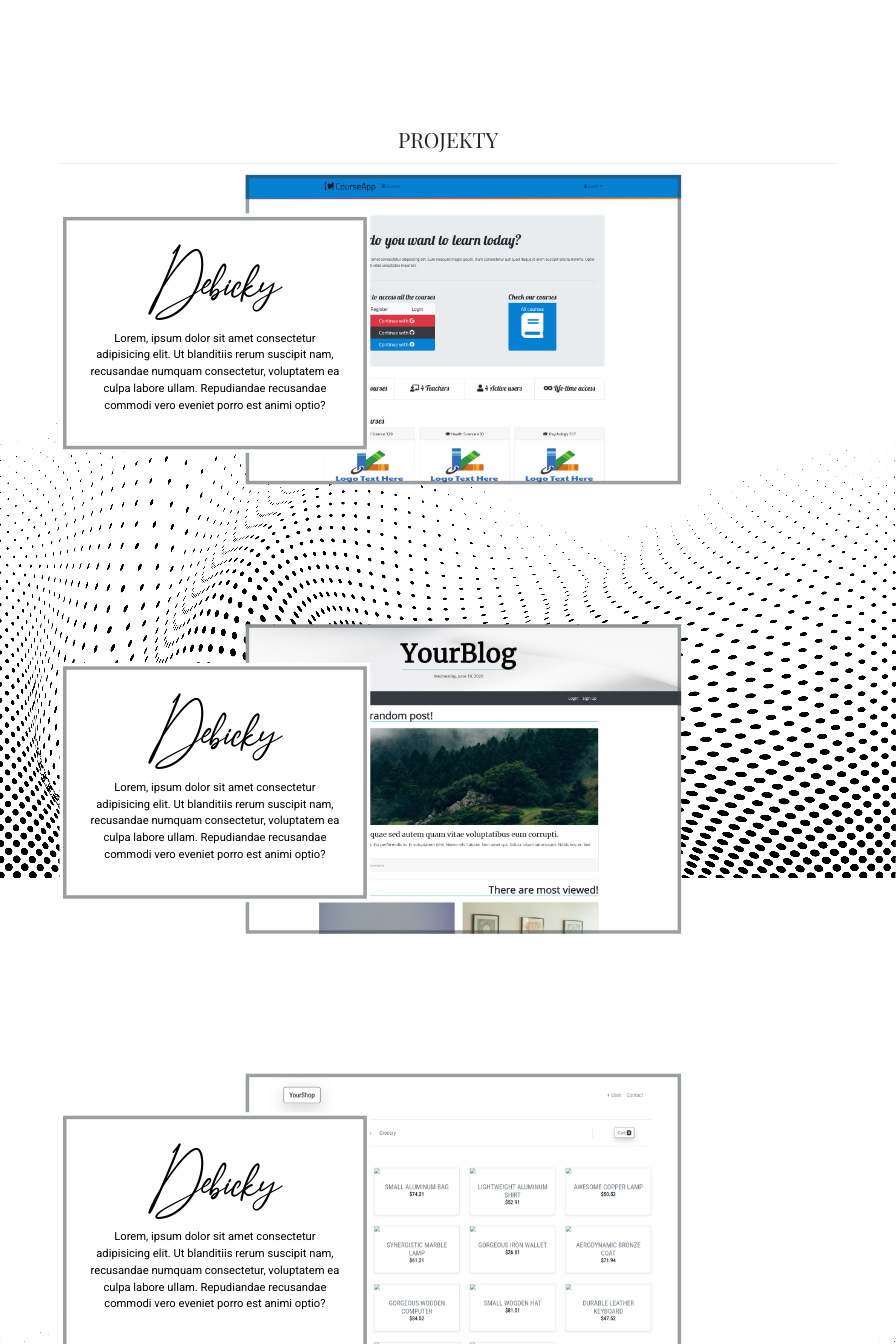
Repository: debicky/debicky.github.io
Page: index.html
The author's editor kept a copy of each file at every save. The page is drawn from the files as they stood at one save, then again after the next save.
The browser window is 1280 px wide. The pictures show the part of the page from y = 1307 to 3227 px (the page is 4335 px tall), at 70% of full size.
Backgrounds fixed to the window are drawn as part of the page. Some web libraries are served in a nearby version.

Above is the page before, as saved 2020-06-12 12:37:13.

### index.html
<!DOCTYPE html>
<html lang="en">
<head>
  <meta charset="UTF-8">
  <meta name="viewport" content="width=device-width, initial-scale=1.0">
  <title>Debicky</title>
  <link rel="stylesheet" href="https://stackpath.bootstrapcdn.com/bootstrap/4.5.0/css/bootstrap.min.css" integrity="sha384-9aIt2nRpC12Uk9gS9baDl411NQApFmC26EwAOH8WgZl5MYYxFfc+NcPb1dKGj7Sk" crossorigin="anonymous">
  <link rel="stylesheet" href="https://cdnjs.cloudflare.com/ajax/libs/font-awesome/5.11.2/css/all.min.css">
  <link rel="stylesheet" href="styles.css">
</head>
<body>


  <header>
    <a href="index.html">
      <div class="signature">
        <h5 class="signature-heading">Debicky<span class="text-danger font-weight-bolder">.</span></h5>
        <h3 class="signature-subheading">strona portfolio</h3>
      </div>
    </a>
  </header>

  <div class="hero">
    <div class="container">

      <nav class="navbar navbar-expand-md p-0 rounded bg-white">
        <button class="navbar-toggler" type="button" data-toggle="collapse" data-target="#navbarSupportedContent" aria-controls="navbarSupportedContent" aria-expanded="false" aria-label="Toggle navigation">
          <i class="fas fa-bars"></i>
          <i class="fas fa-times"></i>
        </button>

        <div class="collapse navbar-collapse d-md-flex justify-content-center" id="navbarSupportedContent">
          <ul class="navbar-nav">
            <li class="nav-item">
              <a class="nav-link" href="#">O mnie</a>
            </li>
            <li class="nav-item">
              <a class="nav-link" href="#">Projekty</a>
            </li>
            <li class="nav-item">
              <a class="nav-link" href="#">Kontakt</a>
            </li>
          </ul>
        </div>
      </nav>

      <div class="hero-header">
        <h3 class="hero-heading">Artur Debicki</h3>
        <h3 class="hero-subheading">Młodszy Programista Ruby on Rails</h3>

      </div>

    </div>
  </div>

  <section class="about py-5 vh-100">
    <div class="container">
      <h1 class="text-center">O mnie</h1>
      <hr>

      <div class="row">
        <div class="col-12 col-md-6 col-lg-6 mb-5 mb-md-0">
          <h5>
            Programista samouk, poszukujacy pierwszej pracy.
          </h5>
          Aktualnie ucze sie ReactJS oraz platformy E-commerce Spree.
        </div>
        <div class="col-12 col-md-6 col-lg-6 mb-5 mb-md-0">
          <h5 class="text-uppercase">Technologie ktore uzywam</h5>
            <ul class="list-unstyled mb-0">
              <li>
                <i class="fa fa-gem"></i>Ruby
              </li>
              <li>
                <a href="https://www.instagram.com/debicky" class="text-muted">Instagram</a>
              </li>
              <li>
                <a href="https://github.com/debicky" class="text-muted">Github</a>
              </li>
            </ul>
        </div>
        </div>
      </div>

    </div>
  </section>




  <section class="projects py-5">
    <div class="container">
      <h1 class="text-center">Projekty</h1>
      <hr>

      <div class="project-1">
        <div class="about-content">
          <div class="about-description">
            <div class="signature">
              <h5 class="signature-heading">Debicky</h5>
              <p>Lorem, ipsum dolor sit amet consectetur adipisicing elit. Ut blanditiis rerum suscipit nam, recusandae numquam consectetur, voluptatem ea culpa labore ullam. Repudiandae recusandae commodi vero eveniet porro est animi optio?</p>
            </div>
          </div>
          <div class="about-image">
            <a href="/images/1.jpeg">
              <img src="/images/course.png" alt="img1">
            </a>
          </div>
        </div>
      </div>
      <div class="project-1">
        <div class="about-content">
          <div class="about-description">
            <div class="signature">
              <h5 class="signature-heading">Debicky</h5>
              <p>Lorem, ipsum dolor sit amet consectetur adipisicing elit. Ut blanditiis rerum suscipit nam, recusandae numquam consectetur, voluptatem ea culpa labore ullam. Repudiandae recusandae commodi vero eveniet porro est animi optio?</p>
            </div>
          </div>
          <div class="about-image">
            <a href="/images/1.jpeg">
              <img src="/images/blog.png" alt="img1">
            </a>
          </div>
        </div>
      </div>
      <div class="project-1">
        <div class="about-content">
          <div class="about-description">
            <div class="signature">
              <h5 class="signature-heading">Debicky</h5>
              <p>Lorem, ipsum dolor sit amet consectetur adipisicing elit. Ut blanditiis rerum suscipit nam, recusandae numquam consectetur, voluptatem ea culpa labore ullam. Repudiandae recusandae commodi vero eveniet porro est animi optio?</p>
            </div>
          </div>
          <div class="about-image">
            <a href="/images/1.jpeg">
              <img src="/images/shop.png" alt="img1">
            </a>
          </div>
        </div>
      </div>

    </div>
  </section>

  <section class="contact py-5">
    <div class="container">
      <h1 class="text-center">Kontakt</h1>
      <hr>

      <div class="row">
        <div class="col-12 col-md-6 col-lg-6 mb-5 mb-md-0">
          <div class="jumbotron">
            Potrzebujesz wiecej informacji?
            Wyslij mi wiadomosc e-mail lub skontaktuj sie przez Messenger!
          </div>
        </div>
        <div class="col-12 col-md-6 col-lg-6 mb-5 mb-md-0">
          <div class="jumbotron">SECOND</div>
        </div>
      </div>
    </div>
  </section>


  <footer class="py-5">
    <div class="container">
      <div class="row">
        <div class="col-12 col-md-5 col-lg-4 mb-5 mb-md-0">
          <a href="index.html">
            <div class="signature-footer">
              <h5 class="signature-footer-heading">Debicky<span class="text-danger font-weight-bolder">.</span></h5>
              <h3 class="signature-footer-subhead">Programista Ruby on Rails</h3>
            </div>
          </a>
          <small class="d-block mt-2 text-muted">&copy; 2020</small>
        </div>
        <div class="col-12 col-md-5 col-lg-4 mb-5 mb-md-0">
          <h5 class="text-uppercase">Media</h5>
            <ul class="list-unstyled mb-0">
              <li>
                <a href="https://www.facebook.com/artur.debicki.5" class="text-muted">Facebook</a>
              </li>
              <li>
                <a href="https://www.instagram.com/debicky" class="text-muted">Instagram</a>
              </li>
              <li>
                <a href="https://github.com/debicky" class="text-muted">Github</a>
              </li>
            </ul>
        </div>
        <div class="col-12 col-md-5 col-lg-4">
          <h5 class="text-uppercase">Kontakt</h5>
            <ul class="list-unstyled mb-0">
              <li>
                <a href="mailto:arturd444@gmail.com" class="text-muted">arturd444@gmail.com</a>
              </li>
              <li>
                <p class="text-muted">+48 692 138 221</p>
              </li>
            </ul>
        </div>
      </div>
    </div>
  </footer>



  <script src="https://code.jquery.com/jquery-3.5.1.slim.min.js" integrity="sha384-DfXdz2htPH0lsSSs5nCTpuj/zy4C+OGpamoFVy38MVBnE+IbbVYUew+OrCXaRkfj" crossorigin="anonymous"></script>
  <script src="https://cdn.jsdelivr.net/npm/popper.js@1.16.0/dist/umd/popper.min.js" integrity="sha384-Q6E9RHvbIyZFJoft+2mJbHaEWldlvI9IOYy5n3zV9zzTtmI3UksdQRVvoxMfooAo" crossorigin="anonymous"></script>
  <script src="https://stackpath.bootstrapcdn.com/bootstrap/4.5.0/js/bootstrap.min.js" integrity="sha384-OgVRvuATP1z7JjHLkuOU7Xw704+h835Lr+6QL9UvYjZE3Ipu6Tp75j7Bh/kR0JKI" crossorigin="anonymous"></script>
  <script src="script.js"></script>

</body>
</html>

### styles.css
@import url('https://fonts.googleapis.com/css?family=Playfair+Display+SC|Roboto:300,400&display=swap');

@font-face {
  font-family: "AmostelySignature";
  src: url("/fonts/AmostelySignature.ttf");
  }

body, html {
  font-family: "Roboto", sans-serif;
  background: url(images/bg.jpg) no-repeat center center fixed;
  -webkit-background-size: cover;
  -moz-background-size: cover;
  -o-background-size: cover;
  background-size: cover;
}

a:hover {
  text-decoration: none;;
}

/* Heading & nav  */

.hero{
  height: 80vh;

}

.bg{
  height: 100%;
  background-image: url("/images/bg.jpg");
  background-position: center;
  background-repeat: no-repeat;
  background-size: cover;

}

.hero-header{
  padding: 6rem 0 0 6rem;
  display: flex;
  flex-direction: column;
  align-items: flex-start;

}
.hero-heading{
  font-family: 'Playfair Display SC';
  font-size: 80px;
  margin-bottom: 30px;
}

.hero-subheading{
  font-family: 'Playfair Display SC', sans-serif;
  font-size: 25px;
  margin-bottom: 0;
}

header{
  height: 20vh;
  width: 100%;
  display: flex;
  align-items: center;
  justify-content: center;
}

.signature{
  color: black;
  text-align: center;
  user-select: none;
}


.signature-heading{
  font-family: 'AmostelySignature', cursive;
  font-size: 80px;
  margin-bottom: 30px;
}

.signature-subheading{
  font-family: 'Playfair Display SC', sans-serif;
  font-size: 25px;
  text-transform: uppercase;
  margin-bottom: 0;
}

.navbar{
  background-color: #384147;
}

.navbar-toggler i{
  color: #fff;
  font-size: 25px;
}

.navbar-toggler .fa-times{
  display: none;
}

.navbar-toggler.menu-open  .fa-bars{
  display: none;
}

.navbar-toggler.menu-open  .fa-times{
  display: block;
}

.navbar-nav{
  padding: 20px;
}

.nav-link{
  color: #fff;
  text-transform: uppercase;
  transition: opacity .5s;
  font-size: 12px;
}

.nav-link:hover{
  color: maroon;
}

/* About */


.about-content{

}

.about-description{
  width: 100%;
  background-color: #fff;
  padding: 40px;
  outline: 5px solid rgba(56, 65, 71, 0.5);
  outline-offset: -5px;
  order: 1;
  margin-top: 5px;
}

.about-image{
  order: 2;
}

.about-image img{
  outline: 5px solid rgba(56, 65, 71, 0.5);
  outline-offset: -5px;
  width: 100%;
  height: auto;
  display: block;
}

.about-image a::after{
  font-family: 'Font Awesome 5 Free';
  content: "\f35d";
  font-weight: 600;
  position: absolute;
  top: 50%;
  left: 50%;
  transform: translate(-50%, -50%);
  color: maroon;
  font-size: 25px;
  z-index: 101;
  width: 70px;
  height: 70px;
  border: 3px solid maroon;
  border-radius: 100%;
  display: flex;
  align-items: center;
  justify-content: center;
  opacity: 0;
  transition: opacity .5s;
}

.about-image a:hover::after{
  opacity: .7;
}


/* Projects */

section h1{
  font-family: 'Playfair Display SC', sans-serif;
  font-size: 30px;
  text-transform: uppercase;
}


/* Contact */

.contact{
  height: 80vh;
}


.jumbotron{
  width: 100%;
  display: flex;
  align-items: center;
  justify-content: center;
}

/* Footer */


footer {
  background-color: #151515;
  color: #fff;
}

.signature-footer-heading{
  font-family: 'AmostelySignature', cursive;
  font-size: 50px;
  margin-bottom: 30px;
  color: #fff;
}

.signature-footer-subhead{
  font-family: 'Playfair Display SC', sans-serif;
  font-size: 12px;
  text-transform: uppercase;
  color: #fff;
}

footer h5{
  font-family: 'Playfair Display SC', sans-serif;

}


a.text-muted:hover{
  color: maroon !important;
}


/* Responsive */

@media screen and (min-width: 768px) {
  .navbar{
    background-color: transparent;
  }
  .navbar-nav{
    padding: 0;
  }
  .nav-link{
    color: #384147;
  }

  nav:hover .nav-link:not(:hover){
    opacity: .5;
  }

  .about-content{
    position: relative;
    display: block;
  }

  .about-description{
    position: absolute;
    top: 80%;
    transform: translateY(-50%);
    width: 60%;
    outline-offset: -10px;
  }

  .about-image img{
    width: 70%;
    margin-left: auto;
  }
}

@media screen and (min-width: 1200px) {
  .about-description{
    top: 50%;
    width: 40%;
  }

  .about-image{
    width: 80%;
  }


}

.project-1{
  margin-bottom: 200px;
}

### script.js
$('.navbar-toggler').on('click', function () {
  $(this).toggleClass('menu-open')
})

After the next save:
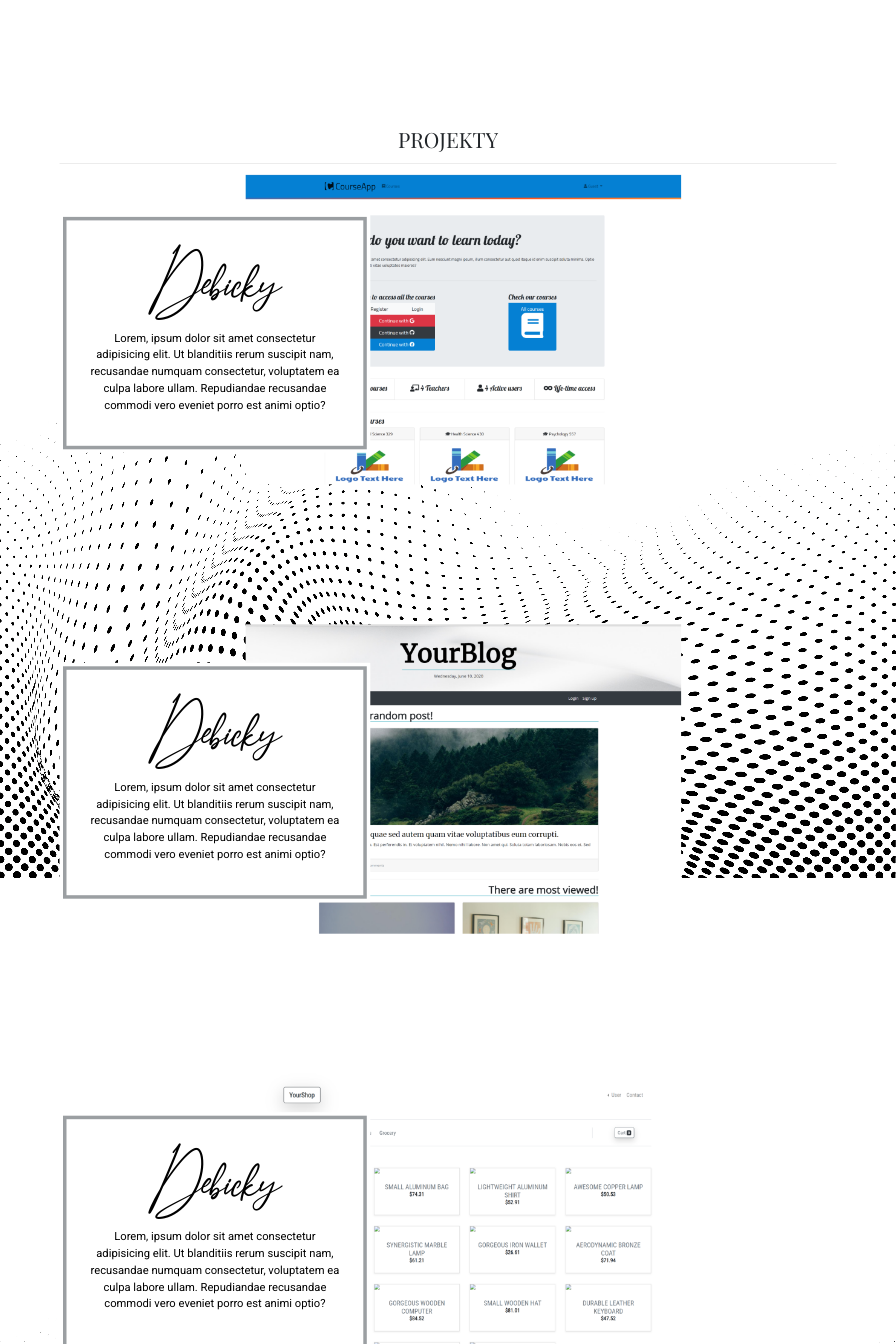
Saved 10 s later.
--- a/styles.css
+++ b/styles.css
@@ -139,7 +139,7 @@ header{
 }
 
 .about-image img{
-  outline: 5px solid rgba(56, 65, 71, 0.5);
+  outline: 0px 5px solid rgba(56, 65, 71, 0.5);
   outline-offset: -5px;
   width: 100%;
   height: auto;

After the 2 saves that followed:
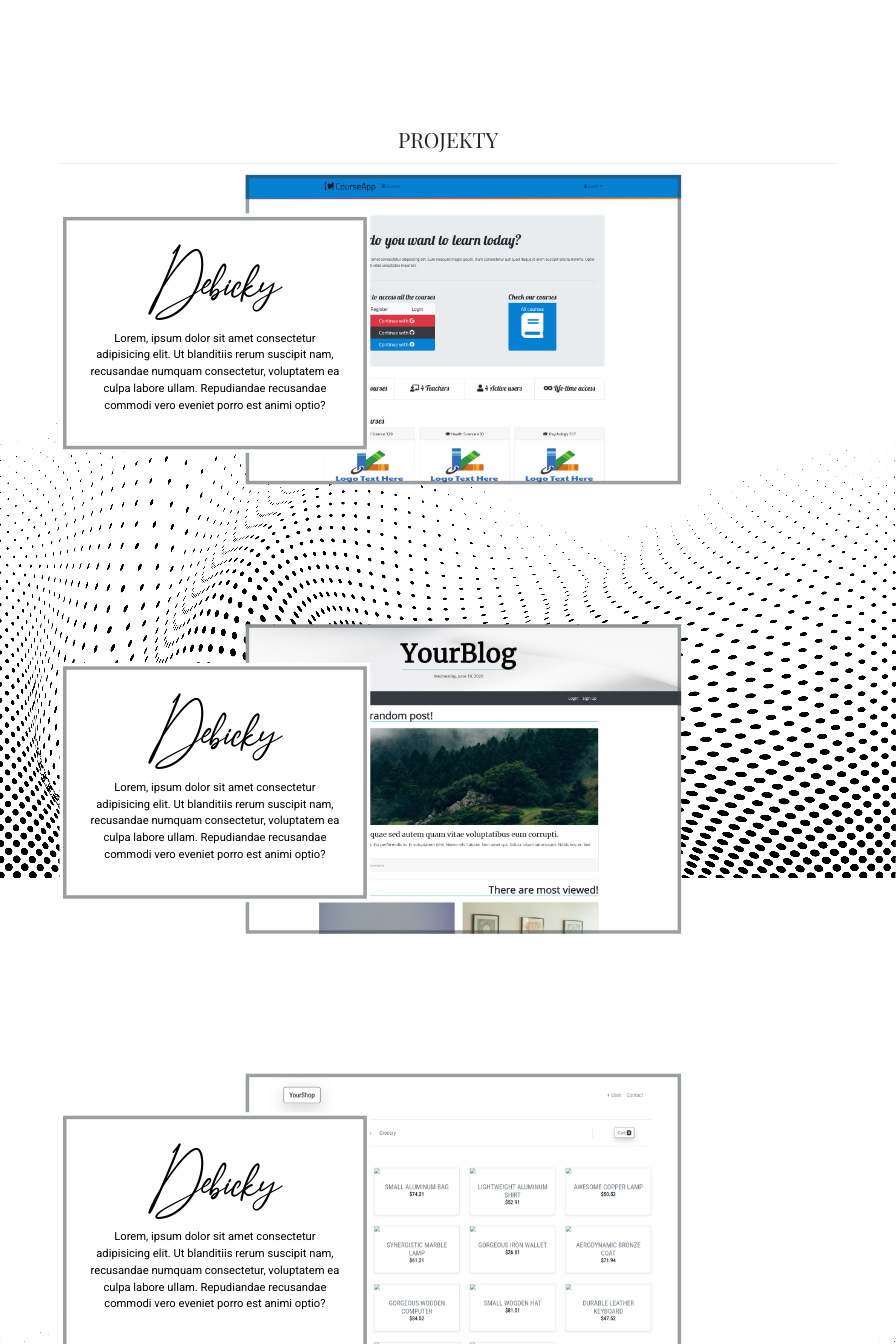
The 2 saves are shown as one change because 1 left the picture as it was.
The last was saved 18 s later.
--- a/styles.css
+++ b/styles.css
@@ -139,7 +139,7 @@ header{
 }
 
 .about-image img{
-  outline: 0px 5px solid rgba(56, 65, 71, 0.5);
+  outline: 5px solid rgba(56, 65, 71, 0.5);
   outline-offset: -5px;
   width: 100%;
   height: auto;
